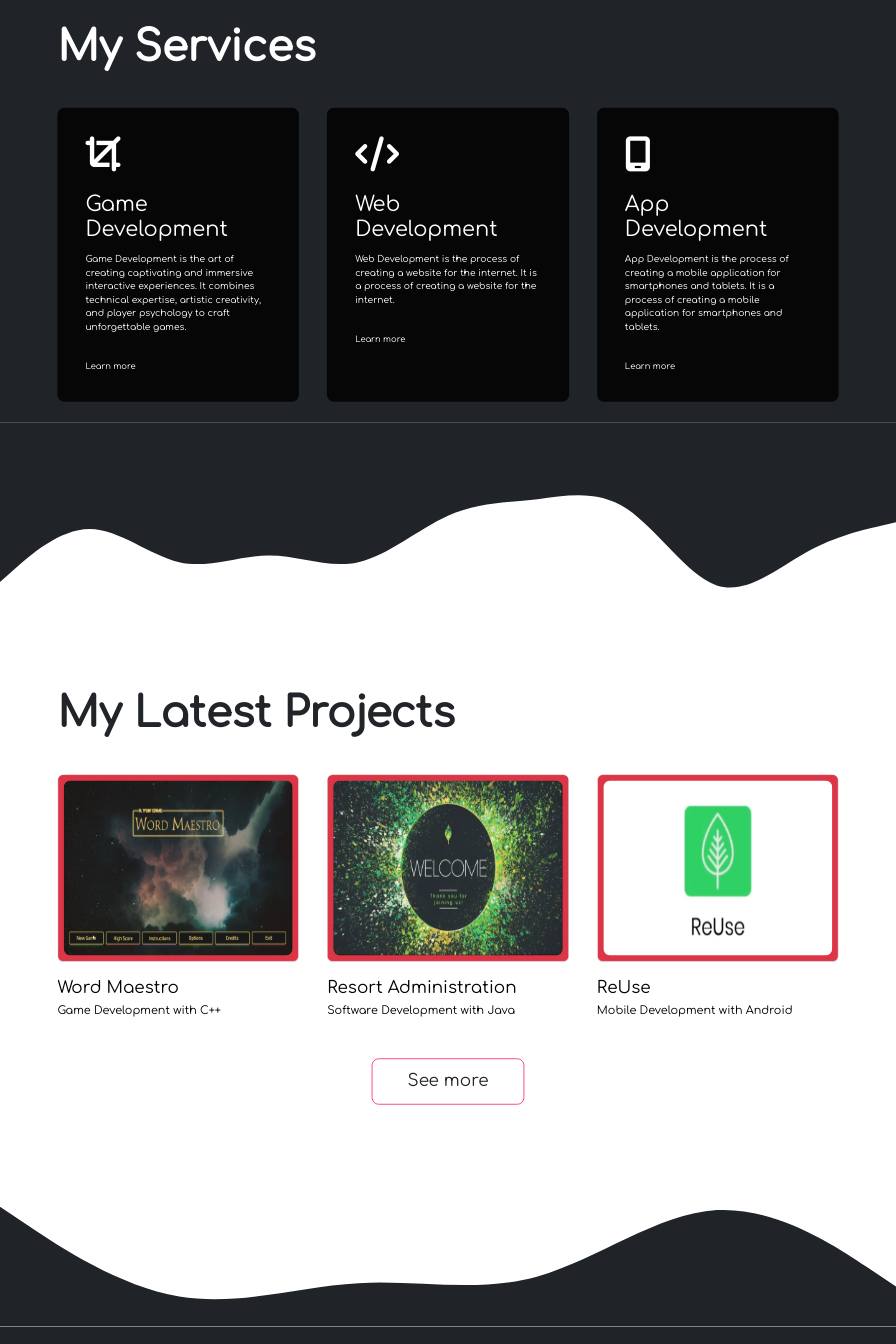
Repository: MMALI3287/Resume
Page: index.html
These files come from the project's save history. The page is drawn as it stood at one moment and after the next save; the edit follows.
The browser window is 1280 px wide. The pictures show the part of the page from y = 4580 to 6500 px (the page is 7133 px tall before and 7138 px after), at 70% of full size.
Some web libraries are served in a nearby version.

Above is the page before, as saved 2023-07-16 02:39:14.

### index.html
<!DOCTYPE html>
<html lang="en">
  <head>
    <meta charset="UTF-8" />
    <meta name="viewport" content="width=device-width, initial-scale=1.0" />
    <link rel="stylesheet" href="css/bootstrap.css" />
    <link rel="stylesheet" href="css/style.css" />
    <title>Musaddique Ali - Web Development, Programmer </title>
  <link rel="stylesheet" href="css/style.css" />
  <script src="https://kit.fontawesome.com/03ffe29f8b.js" crossorigin="anonymous"></script>
  <!-- Google tag (gtag.js) -->
<script async src="https://www.googletagmanager.com/gtag/js?id=G-VLNF64TM34"></script>
<script>
  window.dataLayer = window.dataLayer || [];
  function gtag(){dataLayer.push(arguments);}
  gtag('js', new Date());

  gtag('config', 'G-VLNF64TM34');
</script>
  </head>
  <body>
    <div id="header">
      <nav class="navbar navbar-expand-lg position-fixed top-0 w-100">
        <div class="container-fluid">
          <a class="navbar-brand logo text-light" href="#">MrMMALI</a>
          <button
            class="navbar-toggler"
            type="button"
            data-bs-toggle="collapse"
            data-bs-target="#navbarNav"
            aria-controls="navbarNav"
            aria-expanded="false"
            aria-label="Toggle navigation"
          >
            <span class="navbar-toggler-icon"></span>
          </button>
          <div class="collapse navbar-collapse" id="navbarNav">
            <ul class="navbar-nav">
              <li class="nav-item">
                <a
                  class="nav-link active text-light"
                  aria-current="page"
                  href="#"
                  >Home</a
                >
              </li>
              <li class="nav-item">
                <a class="nav-link text-light" href="#portfolio">Portfolio</a>
              </li>
              <li class="nav-item">
                <a class="nav-link text-light" href="#expertise">Expertise</a>
              </li>
              <li class="nav-item">
                <a class="nav-link text-light" href="#about">About</a>
              </li>
              <li class="nav-item">
                <a class="nav-link text-light" href="#serv">Services</a>
              </li>
              <li class="nav-item">
                <a class="nav-link text-light" href="#projects">Projects</a>
              </li>
            </ul>
          </div>
        </div>
        <div class="git rounded-0" >
          <a class="cont" href="#contact">
            Get in touch
          </a>
        </div>
      </nav>
      <div class="land">
        <div class="header-text">
          <p class="mb-0">MUSADDIQUE ALI</p>
        </div>
        <div class="subheader">
          <p>Software Developer</p>
        </div>
        <div class="sub">
          <p>
            Hello, my name is MD Musaddique Ali Erfan, Nice to meet you <br />
            I would like to welcome you to my personal portfolio.
          </p>
        </div>
      </div>
    </div>
    <div class="abt">
    <svg xmlns="http://www.w3.org/2000/svg" viewBox="0 100 1440 320">
      <path
        fill="#202429"
        fill-opacity="1"
        d="M0,192L48,197.3C96,203,192,213,288,234.7C384,256,480,288,576,256C672,224,768,128,864,122.7C960,117,1056,203,1152,218.7C1248,235,1344,181,1392,154.7L1440,128L1440,0L1392,0C1344,0,1248,0,1152,0C1056,0,960,0,864,0C768,0,672,0,576,0C480,0,384,0,288,0C192,0,96,0,48,0L0,0Z"
      ></path>
    </svg>
    <div class="container" id="portfolio">
      <div class="row">
        <div class="col-md-3">
          <p class="biog">Biography</p>
          <p class="subtext">
            I am Musaddique, A software developer <br />
            From Bangladesh
          </p>
          <p>Contact</p>
          <p class="subtext">
            Rampura,Dhaka <br />erfanali3287@gmail.com <br />+8801793515517
          </p>
          <p>Services</p>
          <p class="subtext bot">
            Website Design <br />Mobile application Development <br />Game
            Development
          </p>
        </div>
        <div class="col-md-6 capbord">
          <div id="capsule"></div>
        </div>
        <div class="col-md-3">
          <p class="biog text-end">Years of Experience</p>
          <p class="subtext2 text-end">2 years</p>
          <p class="text-end">Satisfaction Client</p>
          <p class="subtext2 text-end">100%</p>
          <p class="text-end">Volunteer Works</p>
          <p class="subtext2 text-end">5+</p>
          <p class="text-end">Projects</p>
          <p class="subtext2 text-end">10+</p>
        </div>
      </div>
    </div>
    <svg xmlns="http://www.w3.org/2000/svg" viewBox="0 0 1440 320"><path fill="#202429" fill-opacity="1" d="M0,256L24,229.3C48,203,96,149,144,144C192,139,240,181,288,197.3C336,213,384,203,432,218.7C480,235,528,277,576,272C624,267,672,213,720,202.7C768,192,816,224,864,202.7C912,181,960,107,1008,112C1056,117,1104,203,1152,208C1200,213,1248,139,1296,122.7C1344,107,1392,149,1416,170.7L1440,192L1440,320L1416,320C1392,320,1344,320,1296,320C1248,320,1200,320,1152,320C1104,320,1056,320,1008,320C960,320,912,320,864,320C816,320,768,320,720,320C672,320,624,320,576,320C528,320,480,320,432,320C384,320,336,320,288,320C240,320,192,320,144,320C96,320,48,320,24,320L0,320Z"></path></svg>

    <div class="advantage bg-dark text-center" id="expertise">
      <div class="container">
        <div class="row">
          <p class="mexp">My Expertise</p>
        </div>
        <div class="row">
          <div class="col-md-2">
            <img
              src="assets/images/c-.png"
              height="100px"
              width="100px"
              alt="c++"
            />
            <br />
            <p class="text-light h1 mb-5 mt-5 fw-bold">91%</p>
            <p class="text-light h5 p-5">C++</p>
          </div>
          <div class="col-md-2">
            <img
              src="assets/images/android-icon.svg"
              height="100px"
              width="100px"
              alt="c++"
            /><br />
            <p class="text-light h1 mb-5 mt-5 fw-bold">84%</p>
            <p class="text-light h5 p-5">Android</p>
          </div>
          <div class="col-md-2">
            <img
              src="assets/images/flutterio-icon.svg"
              height="100px"
              width="100px"
              alt="c++"
            /><br />
            <p class="text-light h1 mb-5 mt-5 fw-bold">78%</p>
            <p class="text-light h5 p-5">Flutter</p>
          </div>
          <div class="col-md-2">
            <img
              src="assets/images/unity.png"
              height="100px"
              width="100px"
              alt="c++"
            /><br />
            <p class="text-light h1 mb-5 mt-5 fw-bold">76%</p>
            <p class="text-light h5 p-5">Unity</p>
          </div>
          <div class="col-md-2">
            <img
              src="assets/images/ADBE.svg"
              height="100px"
              width="100px"
              alt="c++"
            /><br />
            <p class="text-light h1 mb-5 mt-5 fw-bold">83%</p>
            <p class="text-light h5 p-5">Adobe</p>
          </div>
          <div class="col-md-2">
            <img
              src="https://upload.wikimedia.org/wikipedia/commons/0/0e/Microsoft_365_%282022%29.svg"
              height="100px"
              width="100px"
              alt="c++"
            /><br />
            <p class="text-light h1 mb-5 mt-5 fw-bold">94%</p>
            <p class="text-light h5 p-5">Office</p>
          </div>
        </div>
      </div>
    </div>
  </div>

    <svg xmlns="http://www.w3.org/2000/svg" viewBox="0 0 1440 320"><path fill="#202429" fill-opacity="1" d="M0,160L48,181.3C96,203,192,245,288,250.7C384,256,480,224,576,197.3C672,171,768,149,864,165.3C960,181,1056,235,1152,250.7C1248,267,1344,245,1392,234.7L1440,224L1440,0L1392,0C1344,0,1248,0,1152,0C1056,0,960,0,864,0C768,0,672,0,576,0C480,0,384,0,288,0C192,0,96,0,48,0L0,0Z"></path></svg>

    <!-- * about -->
  <div id="about">
    <div class="container">
      <div class="rowc">
        <div class="about-col-1">
          <img src="assets/images/capsule.jpg" alt="user" />
        </div>
        <div class="about-col-2">
          <h2 class="sub-title text-dark">About Me</h2>
          <p class="h5 fw-500">
            I am a software developer. I have been working as a software developer for 6 months. I have
            experience in web development, app development, and UI/UX design. I am a hardworking and
            dedicated person. I am always ready to learn new things.
          </p>
          <div class="tab-titles">
            <p class="tab-links active-link" onclick="opentab('skills')">Skills</p>
            <p class="tab-links" onclick="opentab('experience')"">Experience</p>
              <p class=" tab-links" onclick="opentab('education')"">Education</p>
            </div>
            <div class=" tab-contents active-tab" id="skills">
            <ul>
              <li><span>UI/UX</span><br />Designing Web/App Interface</li>
              <li><span>Web Development</span><br />Web app Development</li>
              <li>
                <span>App Development</span><br />Building Android/iOS apps
              </li>
            </ul>
          </div>
          <div class="tab-contents" id="experience">
            <ul>
              <li>
                <span>2022 - Current</span><br />Software Developer Intern at
                TETON Pvt ltd
              </li>
            </ul>
          </div>
          <div class="tab-contents" id="education">
            <ul>
              <li>
                <span>Current</span><br />BSc. from Ahsanullah University of
                Science and Technology
              </li>
              <li>
                <span>2020</span> <br />
                HSC from Saint Joseph Higher Secondary School and College
              </li>
              <li>
                <span>2018</span><br />SSC from Ideal School and College
              </li>
            </ul>
          </div>
        </div>
      </div>
    </div>
  </div>
  <svg xmlns="http://www.w3.org/2000/svg" id="serv" viewBox="0 0 1440 320"><path fill="#202429" fill-opacity="1" d="M0,224L24,202.7C48,181,96,139,144,138.7C192,139,240,181,288,197.3C336,213,384,203,432,218.7C480,235,528,277,576,282.7C624,288,672,256,720,224C768,192,816,160,864,160C912,160,960,192,1008,181.3C1056,171,1104,117,1152,122.7C1200,128,1248,192,1296,197.3C1344,203,1392,149,1416,122.7L1440,96L1440,320L1416,320C1392,320,1344,320,1296,320C1248,320,1200,320,1152,320C1104,320,1056,320,1008,320C960,320,912,320,864,320C816,320,768,320,720,320C672,320,624,320,576,320C528,320,480,320,432,320C384,320,336,320,288,320C240,320,192,320,144,320C96,320,48,320,24,320L0,320Z"></path></svg>


  <!-- * services -->
  <div id="services">
    <div class="container">
      <h2 class="sub-title">My Services</h2>
      <div class="services-list">
        <div>
          <i class="fa-solid fa-crop"></i>
          <h2>Game Development</h2>
          <p>
            Game Development is the art of creating captivating and immersive interactive experiences. It combines technical expertise, artistic creativity, and player psychology to craft unforgettable games.
          </p>
          <a href="https://www.freecodecamp.org/news/what-is-game-development/">Learn more</a>
        </div>
        <div>
          <i class="fa-solid fa-code"></i>
          <h2>Web Development</h2>
          <p>
            Web Development is the process of creating a website for the internet. It is a process of creating a website for the internet.
          </p>
          <a href="https://brainstation.io/career-guides/what-is-web-development">Learn more</a>
        </div>
        <div>
          <i class="fa-solid fa-mobile-screen"></i>
          <h2>App Development</h2>
          <p>
            App Development is the process of creating a mobile application for smartphones and tablets. It is a process of creating a mobile application for smartphones and tablets.
          </p>
          <a href="https://orases.com/what-is-app-development/">Learn more</a>
        </div>
      </div>
    </div>
  </div>
<svg xmlns="http://www.w3.org/2000/svg" id="projects" viewBox="0 0 1440 320"><path fill="#202429" fill-opacity="1" d="M0,256L24,234.7C48,213,96,171,144,170.7C192,171,240,213,288,224C336,235,384,213,432,213.3C480,213,528,235,576,224C624,213,672,171,720,149.3C768,128,816,128,864,122.7C912,117,960,107,1008,138.7C1056,171,1104,245,1152,261.3C1200,277,1248,235,1296,208C1344,181,1392,171,1416,165.3L1440,160L1440,0L1416,0C1392,0,1344,0,1296,0C1248,0,1200,0,1152,0C1104,0,1056,0,1008,0C960,0,912,0,864,0C816,0,768,0,720,0C672,0,624,0,576,0C528,0,480,0,432,0C384,0,336,0,288,0C240,0,192,0,144,0C96,0,48,0,24,0L0,0Z"></path></svg>

  <!-- -------------------portfolio------------------- -->
  <div id="portfolio">
    <div class="container">
      <h2 class="sub-title text-dark">My Latest Projects</h2>
      <div class="work-list">
        <div class="work">
          <div class="p-2 rounded-3 border bg-danger"><img src="assets/images/wordmaestro.jpg" height="250px" alt="UX"></div>
          <div class="layer">
            <p class="text-light h1">
              Word Maestro
            </p>
            <p class="text-light h5 mt-3">
              A puzzle game made with C++ for all ages
            </p>
            <a href="https://github.com/MMALI3287/Word-Maestro"><i class="fa-sharp fa-solid fa-up-right-from-square"></i></a>
          </div>
          <p class="h4 mt-4">Word Maestro</p>
          <p class="h6">Game Development with C++</p>
        </div>
        <div class="work">
          <div class="p-2 rounded-3 border bg-danger"><img src="assets/images/resortadmin.jpg"  height="250px"  alt="Web"></div>
          <div class="layer">
            <p class="text-light h1">
              Resort Administration
            </p>
            <p class="text-light h5 mt-3">
              A database application made with MySQL and Java in NetBeans to manage a resort
            </p>
            <a href="https://github.com/MMALI3287/Resort-Administration"><i class="fa-sharp fa-solid fa-up-right-from-square"></i></a>
          </div>
          <p class="h4 mt-4">Resort Administration</p>
          <p class="h6">Software Development with Java</p>
        </div>
        <div class="work">
          <div class="p-2 rounded-3 border bg-danger"> <img src="assets/images/reuse.png"  height="250px"  alt="App"></div>
          <div class="layer">
            <p class="text-light h1">
              ReUse
            </p>
            <p class="text-light h5 mt-3">
              An android application to donate unwanted items to the needy
            </p>
            <a href="https://github.com/MMALI3287/ReUse"><i class="fa-sharp fa-solid fa-up-right-from-square"></i></a>
          </div>
          <p class="h4 mt-4">ReUse</p>
          <p class="h6">Mobile Development with Android</p>
        </div>
      </div>
      <a href="https://github.com/MMALI3287?tab=repositories" class="btnc text-dark">See more</a>
    </div>
  </div>
  <svg xmlns="http://www.w3.org/2000/svg" viewBox="0 20 1440 300"><path fill="#202429" fill-opacity="1" d="M0,128L48,160C96,192,192,256,288,272C384,288,480,256,576,250.7C672,245,768,267,864,240C960,213,1056,139,1152,133.3C1248,128,1344,192,1392,224L1440,256L1440,320L1392,320C1344,320,1248,320,1152,320C1056,320,960,320,864,320C768,320,672,320,576,320C480,320,384,320,288,320C192,320,96,320,48,320L0,320Z"></path></svg>
  <!-- -------------------contact------------------- -->
  <div id="contact">
    <div class="container">
      <div class="row">
        <div class="contact-left">
          <h2 class="sub-title">
            Contact Me
          </h2>
          <p class="text-light"><i class="fa-solid fa-envelope"></i> erfanali3287@gmail.com</p>
          <p class="text-light"><i class="fa-solid fa-phone"></i> +880 1793 515 517</p>
          <p class="text-light"><i class="fa-solid fa-location-dot"></i> Dhaka, Bangladesh</p>
          <div class="social-icons">
            <a href="https://www.facebook.com/musaddique.mmali/"><i class="fa-brands fa-facebook"></i></a>
            <a href="https://twitter.com/MusaddiqueMMALI/"><i class="fa-brands fa-twitter"></i></a>
            <a href="https://www.instagram.com/mdmusaddiquealierfan/"><i class="fa-brands fa-instagram"></i></a>
            <a href="https://www.linkedin.com/in/musaddique-ali/"><i class="fa-brands fa-linkedin"></i></a>
            <a href="https://github.com/MMALI3287/"><i class="fa-brands fa-github"></i></a>
          </div>
          <a href="images/resume.pdf" download class="btnc btn2">Download Resume</a>
        </div>
        <div class="contact-right">
          <form name="submit-to-google-sheet">
            <input type="text" name="Name" placeholder="Your Name" required>
            <input type="email" name="E-Mail" placeholder="Your Email" required>
            <textarea name="Message" rows="6" placeholder="Your Message"></textarea>
            <button type="submit" class="btnc btn2">Send</button>
          </form>
          <span id="msg"></span>
        </div>
      </div>
    </div>
      <div class="copyright">
        <p>Copyright © Musaddique Ali. Thank you for visiting <i class="fas fa-heart"></i></p>
      </div>
    </div>

    <script src="js/bootstrap.js"></script>
    <script src="js/index.js"></script>
  </body>
</html>

Loaded but not shown: css/bootstrap.css (library); js/bootstrap.js (library); js/index.js (35 lines, source omitted); css/style.css (584 lines, source omitted)

After the next save:
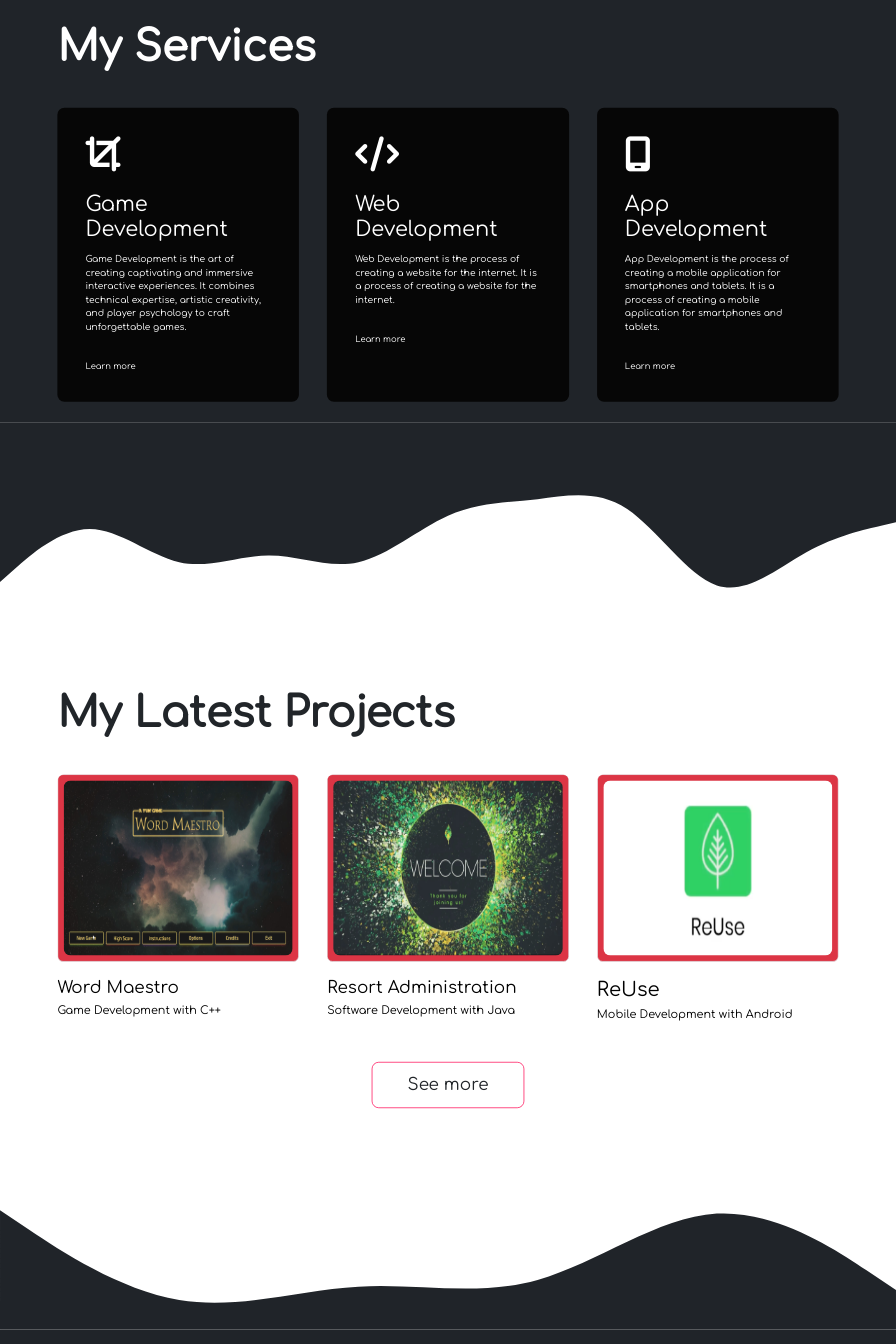
Saved 22 s later.
--- a/index.html
+++ b/index.html
@@ -336,7 +336,7 @@
             </p>
             <a href="https://github.com/MMALI3287/ReUse"><i class="fa-sharp fa-solid fa-up-right-from-square"></i></a>
           </div>
-          <p class="h4 mt-4">ReUse</p>
+          <p class="h3 mt-4">ReUse</p>
           <p class="h6">Mobile Development with Android</p>
         </div>
       </div>
